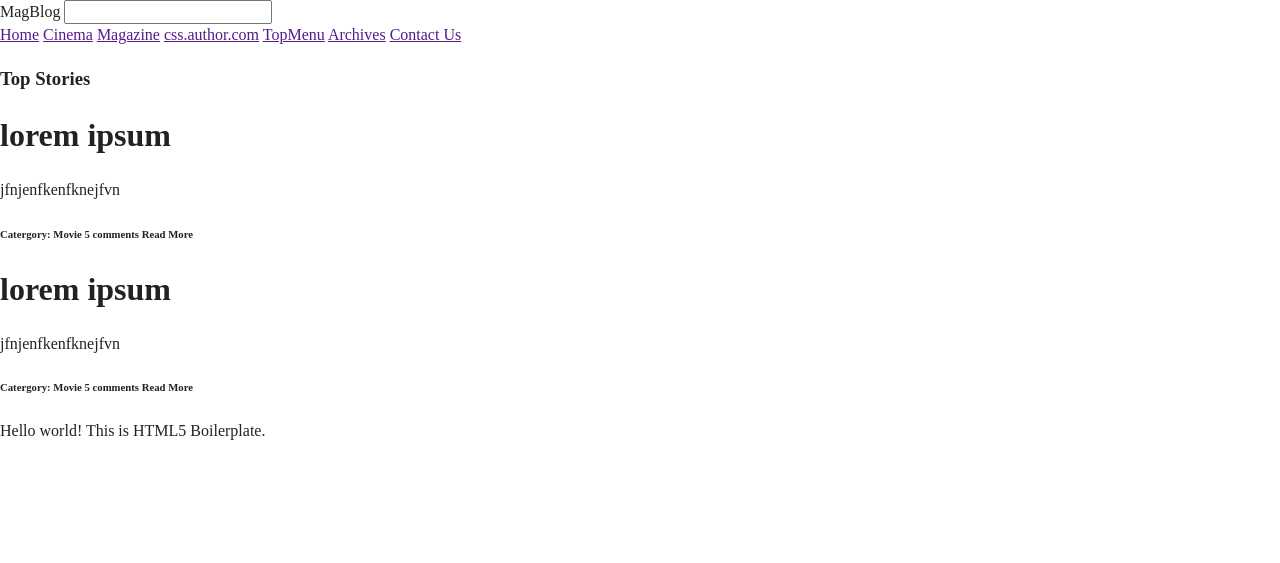
Repository: bguemos/project1lab3
Page: index.html
The author's editor kept a copy of each file at every save. The page is drawn from the files as they stood at one save, then again after the next save.
The browser window is 1280 px wide. The pictures show the whole page.

Above is the page before, as saved 2023-01-17 21:30:19.

### index.html
<!doctype html>
<html class="no-js" lang="en">

<head>
  <meta charset="utf-8">
  <title> My bodacious blog</title>
  <meta name="description" content="A lab exercise">
  <meta name="viewport" content="width=device-width, initial-scale=1">

  <meta property="og:title" content="">
  <meta property="og:type" content="">
  <meta property="og:url" content="">
  <meta property="og:image" content="">

  <link rel="manifest" href="site.webmanifest">
  <link rel="apple-touch-icon" href="icon.png">
  <!-- Place favicon.ico in the root directory -->

  <link rel="stylesheet" href="css/normalize.css">
  <link rel="stylesheet" href="css/main.css">

  <meta name="theme-color" content="#fafafa">
</head>

<body>
  <div class="magazineheader">
    <hi>MagBlog</hi>
  <input class="headersearchbar">
  <div class="socialmedialinks"></div>
</div>
<div class="navigationlinks">
  <a href> Home</a>
  <a href> Cinema</a>
  <a href> Magazine</a>
  <a href> css.author.com</a>
  <a href>TopMenu</a>
  <a href> Archives</a>
  <a href> Contact Us</a>

</div>
  <div class="maincontent">
    <div class="topstories">
      <h3>Top Stories</h3>

    </div>
    <div class="avatar">
      <h1> lorem ipsum</h1>
      <p>jfnjenfkenfknejfvn</p>
      <h6> Catergory: Movie  5 comments Read More</h6>
    </div>
    <div class="avatar2">
      <h1> lorem ipsum</h1>
      <p>jfnjenfkenfknejfvn</p>
      <h6> Catergory: Movie  5 comments Read More</h6>

    </div>
    <div class="topstorysidebar">

    </div>
 </div>
 <div class="aftermaincontent">
  <div class="informationlinks"></div>



 </div>
 <div class="magazinefooter">

 </div>

  <!-- Add your site or application content here -->
  <p>Hello world! This is HTML5 Boilerplate.</p>
  <script src="js/vendor/modernizr-3.11.2.min.js"></script>
  <script src="js/plugins.js"></script>
  <script src="js/main.js"></script>

  <!-- Google Analytics: change UA-XXXXX-Y to be your site's ID. -->
  <script>
    window.ga = function () { ga.q.push(arguments) }; ga.q = []; ga.l = +new Date;
    ga('create', 'UA-XXXXX-Y', 'auto'); ga('set', 'anonymizeIp', true); ga('set', 'transport', 'beacon'); ga('send', 'pageview')
  </script>
  <script src="https://www.google-analytics.com/analytics.js" async></script>
</body>

</html>

### css/main.css
/*! HTML5 Boilerplate v8.0.0 | MIT License | https://html5boilerplate.com/ */

/* main.css 2.1.0 | MIT License | https://github.com/h5bp/main.css#readme */
/*
 * What follows is the result of much research on cross-browser styling.
 * Credit left inline and big thanks to Nicolas Gallagher, Jonathan Neal,
 * Kroc Camen, and the H5BP dev community and team.
 */

/* ==========================================================================
   Base styles: opinionated defaults
   ========================================================================== */

html {
  color: #222;
  font-size: 1em;
  line-height: 1.4;
}

/*
 * Remove text-shadow in selection highlight:
 * https://twitter.com/miketaylr/status/12228805301
 *
 * Vendor-prefixed and regular ::selection selectors cannot be combined:
 * https://stackoverflow.com/a/16982510/7133471
 *
 * Customize the background color to match your design.
 */

::-moz-selection {
  background: #b3d4fc;
  text-shadow: none;
}

::selection {
  background: #b3d4fc;
  text-shadow: none;
}

/*
 * A better looking default horizontal rule
 */

hr {
  display: block;
  height: 1px;
  border: 0;
  border-top: 1px solid #ccc;
  margin: 1em 0;
  padding: 0;
}

/*
 * Remove the gap between audio, canvas, iframes,
 * images, videos and the bottom of their containers:
 * https://github.com/h5bp/html5-boilerplate/issues/440
 */

audio,
canvas,
iframe,
img,
svg,
video {
  vertical-align: middle;
}

/*
 * Remove default fieldset styles.
 */

fieldset {
  border: 0;
  margin: 0;
  padding: 0;
}

/*
 * Allow only vertical resizing of textareas.
 */

textarea {
  resize: vertical;
}

/* ==========================================================================
   Author's custom styles
   ========================================================================== */

/* ==========================================================================
   Helper classes
   ========================================================================== */

/*
 * Hide visually and from screen readers
 */

.hidden,
[hidden] {
  display: none !important;
}

/*
 * Hide only visually, but have it available for screen readers:
 * https://snook.ca/archives/html_and_css/hiding-content-for-accessibility
 *
 * 1. For long content, line feeds are not interpreted as spaces and small width
 *    causes content to wrap 1 word per line:
 *    https://medium.com/@jessebeach/beware-smushed-off-screen-accessible-text-5952a4c2cbfe
 */

.sr-only {
  border: 0;
  clip: rect(0, 0, 0, 0);
  height: 1px;
  margin: -1px;
  overflow: hidden;
  padding: 0;
  position: absolute;
  white-space: nowrap;
  width: 1px;
  /* 1 */
}

/*
 * Extends the .sr-only class to allow the element
 * to be focusable when navigated to via the keyboard:
 * https://www.drupal.org/node/897638
 */

.sr-only.focusable:active,
.sr-only.focusable:focus {
  clip: auto;
  height: auto;
  margin: 0;
  overflow: visible;
  position: static;
  white-space: inherit;
  width: auto;
}

/*
 * Hide visually and from screen readers, but maintain layout
 */

.invisible {
  visibility: hidden;
}

/*
 * Clearfix: contain floats
 *
 * For modern browsers
 * 1. The space content is one way to avoid an Opera bug when the
 *    `contenteditable` attribute is included anywhere else in the document.
 *    Otherwise it causes space to appear at the top and bottom of elements
 *    that receive the `clearfix` class.
 * 2. The use of `table` rather than `block` is only necessary if using
 *    `:before` to contain the top-margins of child elements.
 */

.clearfix::before,
.clearfix::after {
  content: " ";
  display: table;
}

.clearfix::after {
  clear: both;
}

/* ==========================================================================
   EXAMPLE Media Queries for Responsive Design.
   These examples override the primary ('mobile first') styles.
   Modify as content requires.
   ========================================================================== */

@media only screen and (min-width: 35em) {
  /* Style adjustments for viewports that meet the condition */
}

@media print,
  (-webkit-min-device-pixel-ratio: 1.25),
  (min-resolution: 1.25dppx),
  (min-resolution: 120dpi) {
  /* Style adjustments for high resolution devices */
}

/* ==========================================================================
   Print styles.
   Inlined to avoid the additional HTTP request:
   https://www.phpied.com/delay-loading-your-print-css/
   ========================================================================== */

@media print {
  *,
  *::before,
  *::after {
    background: #fff !important;
    color: #000 !important;
    /* Black prints faster */
    box-shadow: none !important;
    text-shadow: none !important;
  }

  a,
  a:visited {
    text-decoration: underline;
  }

  a[href]::after {
    content: " (" attr(href) ")";
  }

  abbr[title]::after {
    content: " (" attr(title) ")";
  }

  /*
   * Don't show links that are fragment identifiers,
   * or use the `javascript:` pseudo protocol
   */
  a[href^="#"]::after,
  a[href^="javascript:"]::after {
    content: "";
  }

  pre {
    white-space: pre-wrap !important;
  }

  pre,
  blockquote {
    border: 1px solid #999;
    page-break-inside: avoid;
  }

  /*
   * Printing Tables:
   * https://web.archive.org/web/20180815150934/http://css-discuss.incutio.com/wiki/Printing_Tables
   */
  thead {
    display: table-header-group;
  }

  tr,
  img {
    page-break-inside: avoid;
  }

  p,
  h2,
  h3 {
    orphans: 3;
    widows: 3;
  }

  h2,
  h3 {
    page-break-after: avoid;
  }
}

### js/plugins.js
// Avoid `console` errors in browsers that lack a console.
(function() {
  var method;
  var noop = function () {};
  var methods = [
    'assert', 'clear', 'count', 'debug', 'dir', 'dirxml', 'error',
    'exception', 'group', 'groupCollapsed', 'groupEnd', 'info', 'log',
    'markTimeline', 'profile', 'profileEnd', 'table', 'time', 'timeEnd',
    'timeline', 'timelineEnd', 'timeStamp', 'trace', 'warn'
  ];
  var length = methods.length;
  var console = (window.console = window.console || {});

  while (length--) {
    method = methods[length];

    // Only stub undefined methods.
    if (!console[method]) {
      console[method] = noop;
    }
  }
}());

// Place any jQuery/helper plugins in here.

Loaded but not shown: css/normalize.css (library); js/vendor/modernizr-3.11.2.min.js (library); js/main.js (no stored copy; drawn as an empty file)

After the next save:
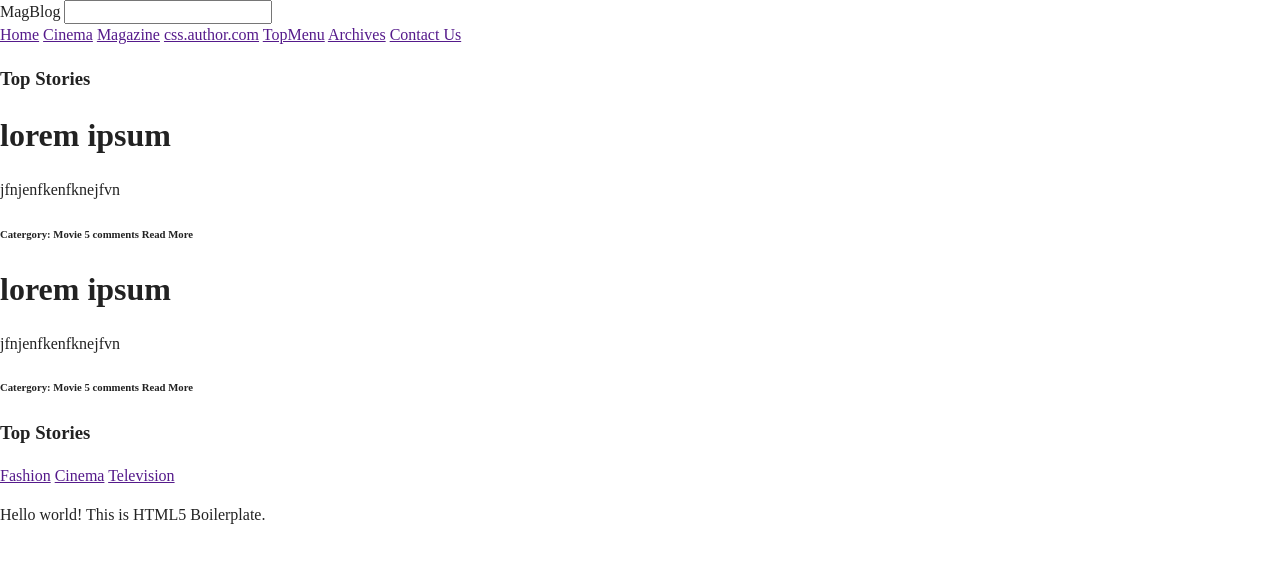
Saved 118 s later.
--- a/index.html
+++ b/index.html
@@ -55,6 +55,10 @@
 
     </div>
     <div class="topstorysidebar">
+      <h3>Top Stories</h3>
+      <a href>Fashion</a>
+      <a href>Cinema</a>
+      <a href>Television</a>
 
     </div>
  </div>
